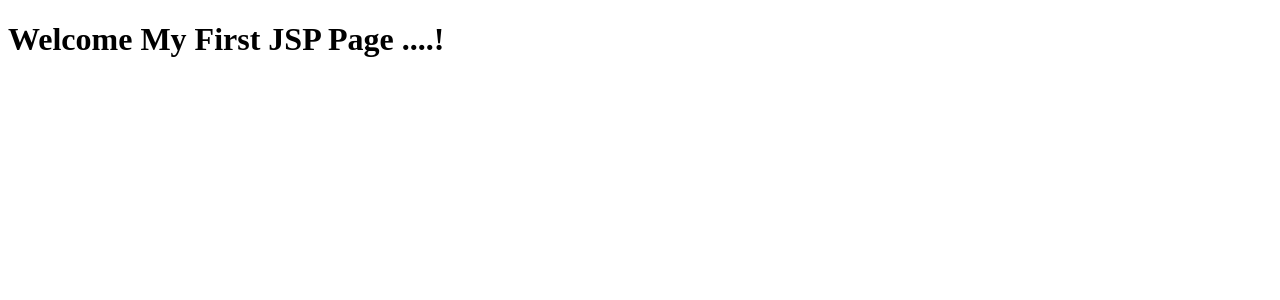
Repository: shadkhan8815/Advance-java
Page: http://localhost/Web-Project/MyFirstPage.jsp
An editor plug-in stored every save of this project. The page is shown before and after the next save, followed by the edit.
The browser window is 1280 px wide. The pictures show the whole page.
The page is served by Tomcat 9.

Above is the page before, as saved 2025-04-23 09:56:56.

After the next save:
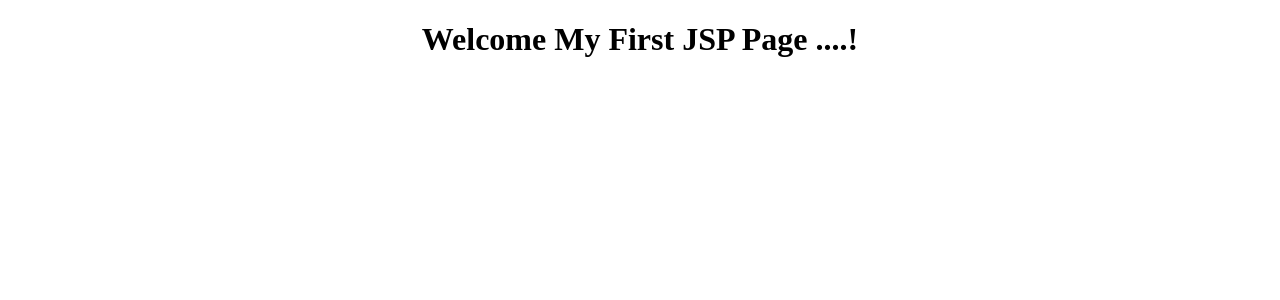
Saved 3 min 46 s later.
--- a/Web-Project/WebContent/MyFirstPage.jsp
+++ b/Web-Project/WebContent/MyFirstPage.jsp
@@ -7,7 +7,7 @@
 <title>Insert title here</title>
 </head>
 <body>
-	<div align="centre">
+	 <div align="center">
 		<h1>Welcome My First JSP Page ....!</h1>
 	</div>
 </body>
